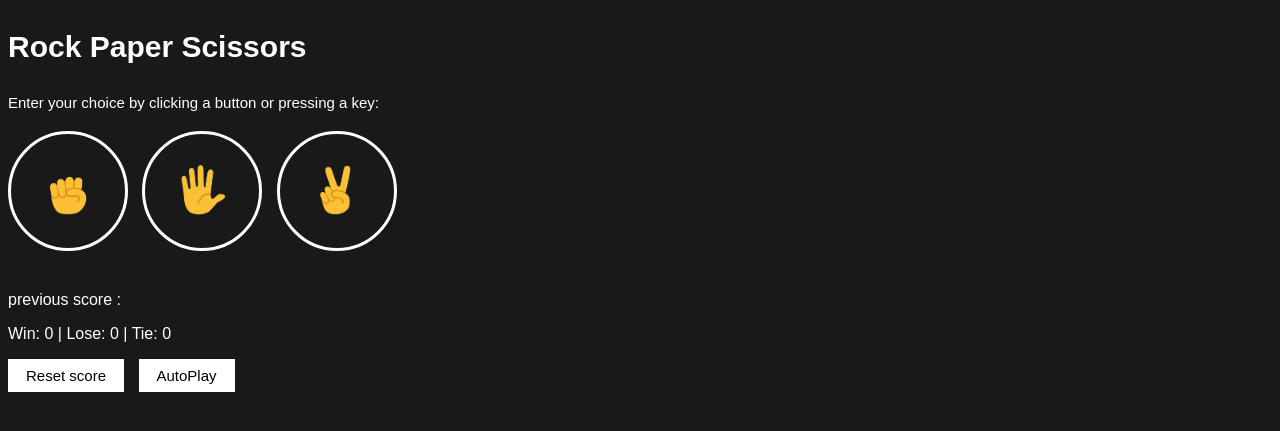
Repository: Gaurav124937/javascript
Page: html/08-rock-paper-scissors-evetlistner.html
An editor plug-in stored every save of this project. The page is shown before and after a run of saves, followed by the edit.
The browser window is 1280 px wide. The pictures show the whole page.

Above is the page before, as saved 2026-04-06 21:37:06.

After the next 3 saves:
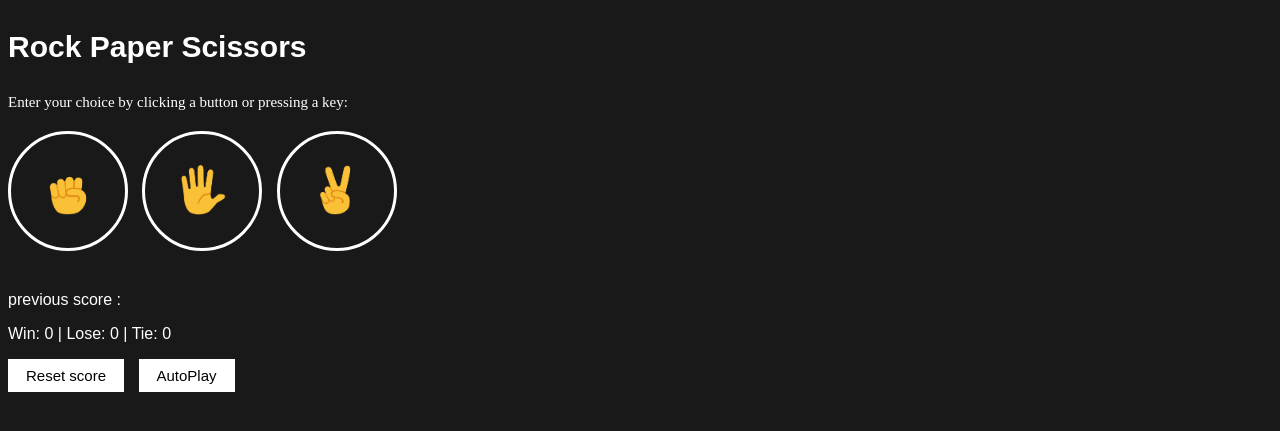
The 3 saves are shown as one change because they came seconds apart.
The last was saved 14 s later.
--- a/css/rock-paper-scisssor-autoplay.css
+++ b/css/rock-paper-scisssor-autoplay.css
@@ -62,4 +62,5 @@ body {
 .instructions {
     font-size: 15px;
     margin-bottom: 20px;
+    font-family: 'Times New Roman', Times, serif;
 }
